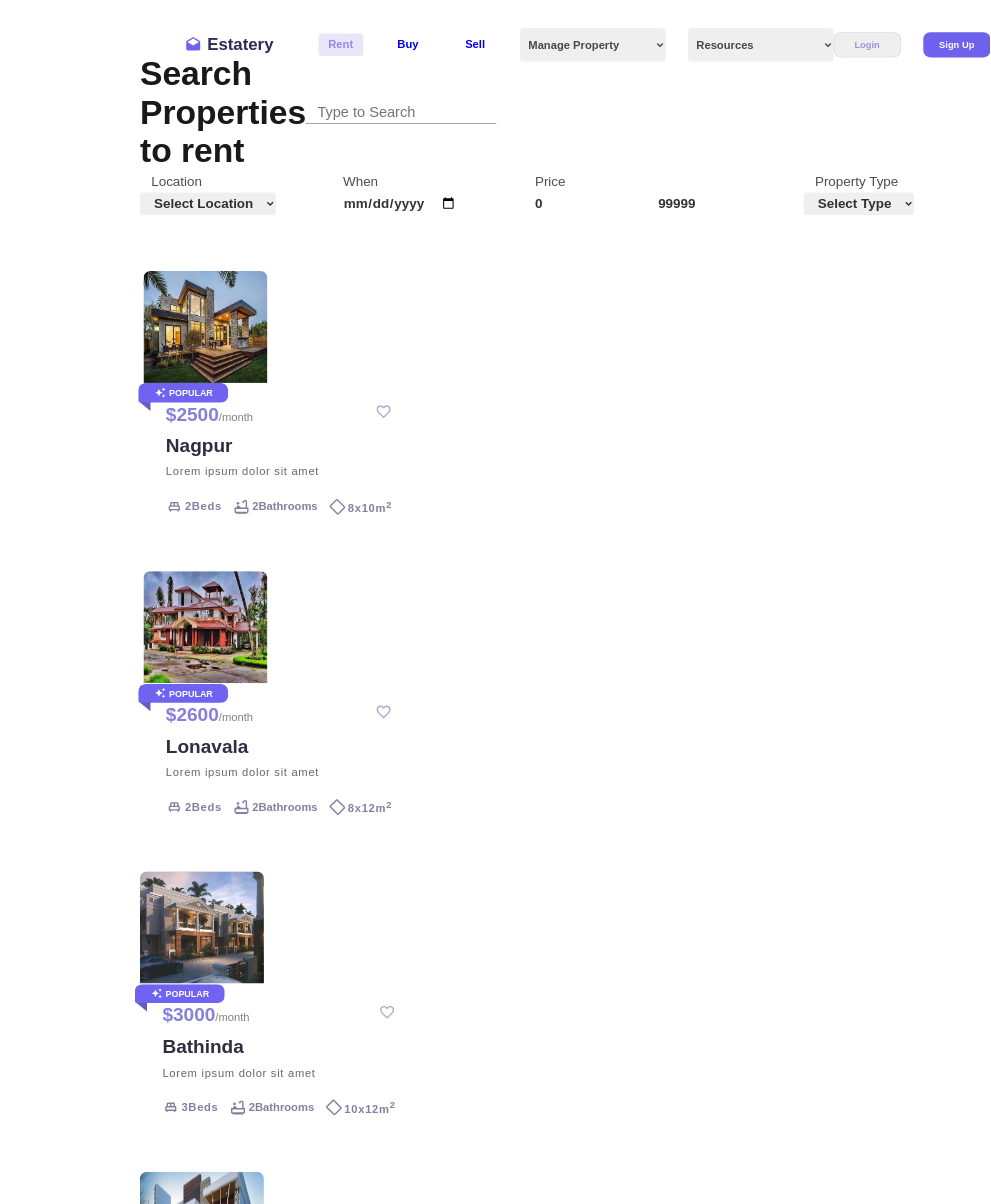
Repository: kapil4457/Reunion-Internship-Assignment
Page: /
The author's editor kept a copy of each file at every save. The page is drawn from the files as they stood at one save, then again after the next save.
The browser window is 768 px wide. The page is 1415 px wide, so the pictures cover 1415 px, including what lies to the right of the window. The pictures show the part of the page from y = 0 to 1720 px (the page is 4791 px tall), at 70% of full size.
The project was rebuilt for these pictures with package versions that can differ from the ones it lists, and the page was loaded fresh each time. Also part of the build but not shown: src/App.css.

Above is the page before, as saved 2022-10-07 20:57:50.

After the next save:
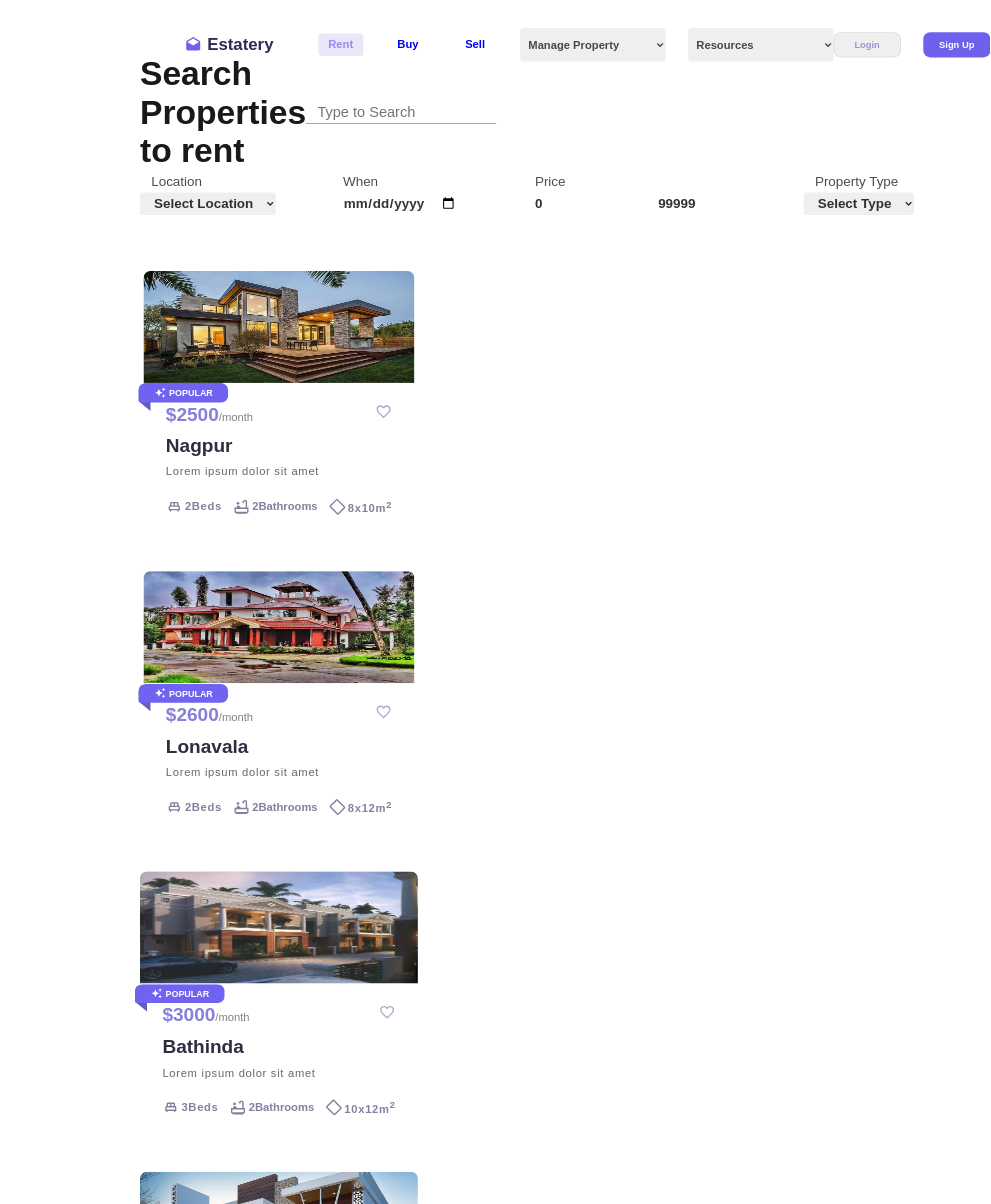
Saved 15 s later.
--- a/src/components/RentCard/RentCard.css
+++ b/src/components/RentCard/RentCard.css
@@ -125,5 +125,7 @@ overflow: hidden;
 
 
 @media(max-width:768px){
-
+    .main-image{
+        width:100%;
+    }
 }
